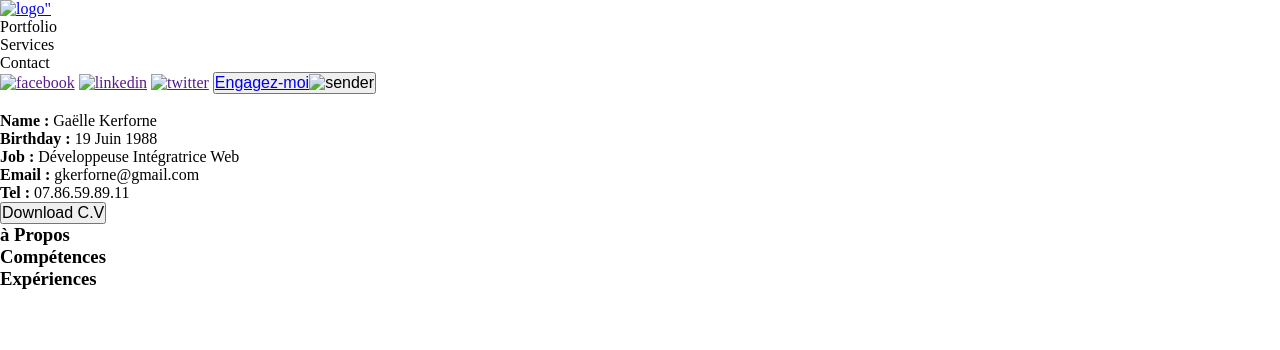
Repository: helfina/my_SiteWeb_gaelle-kfe
Page: index.html
These files come from the project's save history. The page is drawn as it stood at one moment and after the next save; the edit follows.
The browser window is 1280 px wide. The pictures show the whole page.

Above is the page before, as saved 2020-11-08 11:57:45.

After the next save:
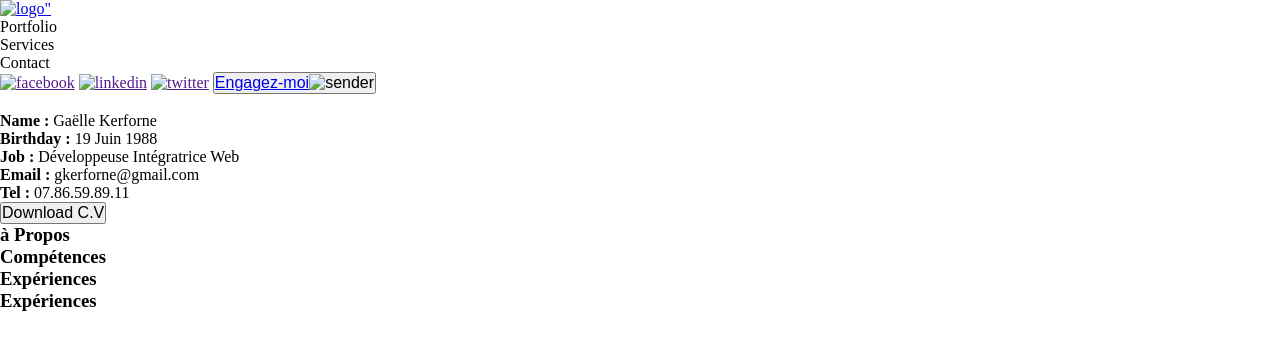
Saved 9 s later.
--- a/index.html
+++ b/index.html
@@ -62,7 +62,7 @@
             </div>
             <div>
                 <article>
-
+                    <h3>Expériences</h3>
                 </article>
             </div>
         </section>
